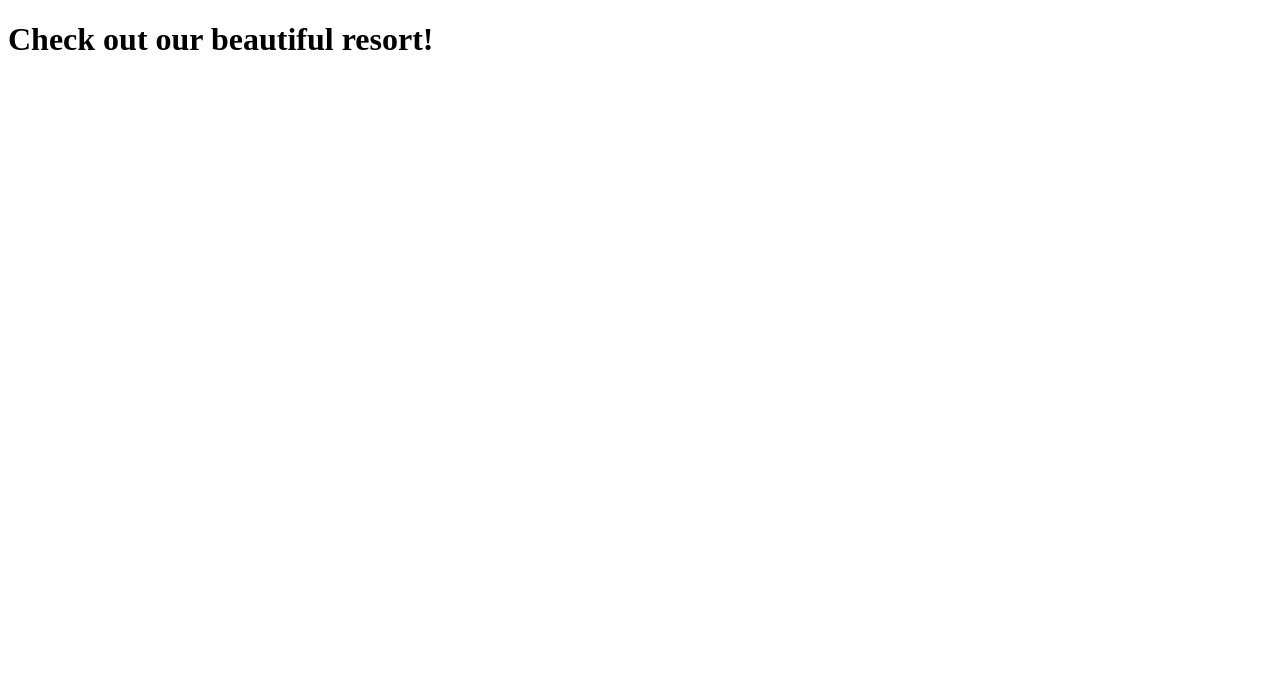
Repository: fieldceleste/island-resort
Page: pictures.html
The author's editor kept a copy of each file at every save. The page is drawn from the files as they stood at one save, then again after the next save.
The browser window is 1280 px wide. The pictures show the whole page.

Above is the page before, as saved 2019-10-27 16:33:03.

### pictures.html
<!DOCTYPE html>
<html>
<body>

   <title>Pictures of Celeste's island</title>
<h1>Check out our beautiful resort!</h1>


<p>
<img src=""


</p>

</body>
</html>

After the next save:
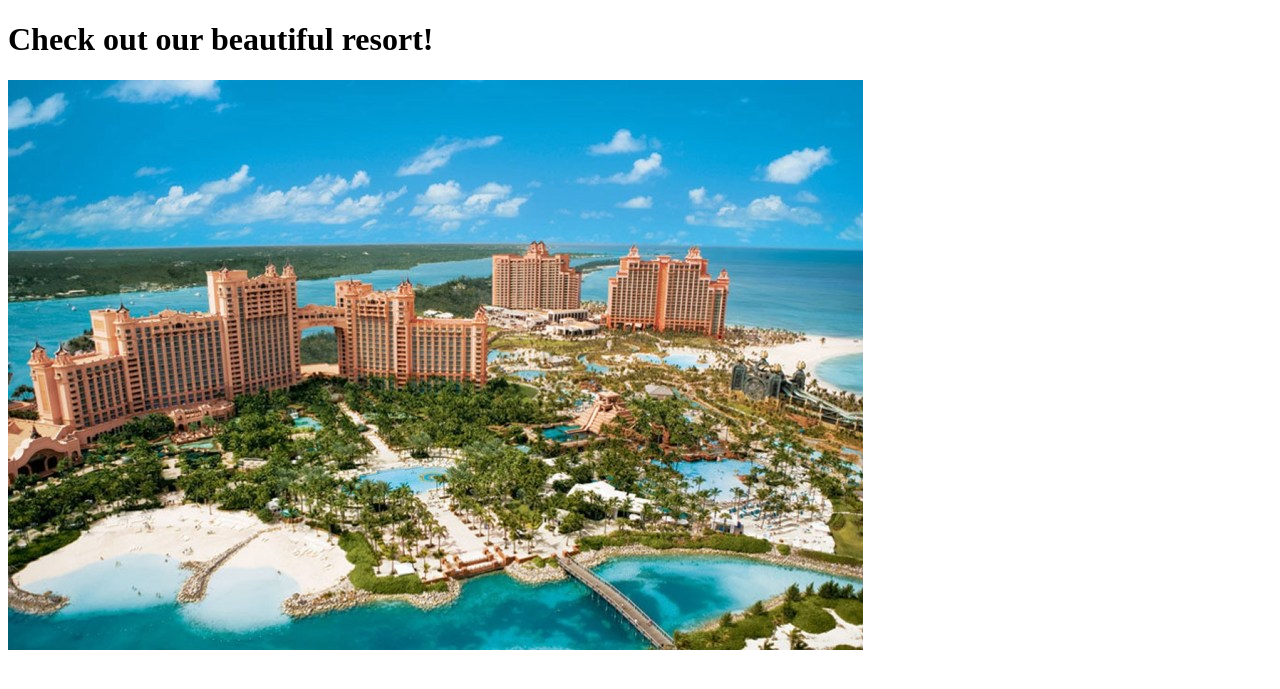
Saved 12 min 6 s later.
--- a/pictures.html
+++ b/pictures.html
@@ -7,7 +7,7 @@
 
 
 <p>
-<img src=""
+<img src="img/beach.jpeg" alt="picture of beach">
 
 
 </p>
